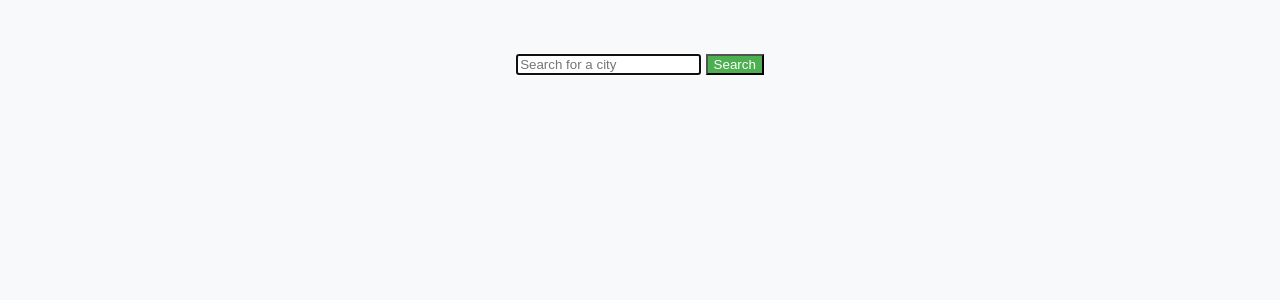
Repository: m0llyc00k/web-advanced
Page: NYC_weather_midterm/index_MC.html
The author's editor kept a record of every edit. The page is drawn from the files as they stood at one moment, then again after the next edit.
The browser window is 1280 px wide. The pictures show the whole page.
The pointer rests on the first visible `button`.
Some web fonts or font styles are not loaded; a fallback is used.

Above is the page before.

### NYC_weather_midterm/index_MC.html
<!DOCTYPE html>
<html lang="en">

<head>
    <link rel="stylesheet" href="./styles_MC.css" type="text/css">

    </link>

    <title>Weather: 30 Day Forecast</title>
</head>

<body>
    <div id="title"></div>
    <section class="top-banner">
        <div class="container">
            <form>
                <input type="text" placeholder="Search for a city" autofocus>
                <button class = "button" type="submit">Search</button>
                <span class="msg"></span>
            </form>
        </div>
    </section>

    <h4 id="subtitle"></h4>
    <br><br><br>

    <script src="https://d3js.org/d3.v7.min.js"></script>
    <script src="./script2.js"></script>

</body>

</html>

### NYC_weather_midterm/styles_MC.css
/* Import and use the Inter font https://rsms.me/inter/ */
@import url('https://rsms.me/inter/inter.css');

html {
    font-family: 'Inter', sans-serif;
}

body {
    display: flex;
    flex-direction: column;
    align-items: center;
    padding: 2em 2em;
    font-family: 'Inter var', sans-serif;
    font-size: 16px;
    color: #34495e;
    background: #f8f9fa;
}

#title {
    position: relative;
    width: 600px;
    margin-top: .3em;
    margin-bottom: .3em;
    line-height: 1.2em;
    display: flex;
    justify-content: center;
    text-align: center;
    align-items: center;
    font-family: 'Inter', sans-serif;
    font-feature-settings: 'tnum'1;
    font-weight: bold;
    font-size: 24px;
}

.grid-line {
    stroke: #dadadd;
    fill: none;
}

.tick-label {
    dominant-baseline: middle;
    fill: #8395a7;
    font-size: 0.7em;
    font-weight: 700;
    letter-spacing: 0.005em;
}

.tick-label-temperature {
    fill: #8395a7;
    opacity: 0.7;
    dominant-baseline: middle;
    font-size: 0.7em;
}

.freezingCircle {
    fill: skyblue;
    opacity: 0.5;
}

.day-line {
    stroke: #dadadd;
    stroke-width: 3;
}

.cloud-dot {
    fill: #c8d6e5;
    opacity: 1;
}

.humidity-dot {
    fill: #d8d2e7;
    /*opacity: 0.8;*/
}

.rain-dot {
    opacity: 0.7;
    fill: cornflowerblue;
    mix-blend-mode: multiply;
}

.snow-dot {
    opacity: 0.7;
    fill: #b2bec3;
    mix-blend-mode: multiply;
}

.annotation-line {
    stroke: gray;
    /*opacity: 0.4;*/
}

.annotation-text {
    fill: gray;
    font-size: 0.7em;
    dominant-baseline: middle;
}

svg {
    overflow: visible;
}

#wrapper {
    position: relative;
}

.dropbtn {
    background-color: #8395a7;
    font-family: 'Inter', sans-serif;
    color: #dfdfdf;
    padding: 14px;
    font-size: 13px;
    border: none;
}

.dropdown {
    position: relative;
    display: inline-block;
}

.dropdown-content {
    font-family: 'Inter', sans-serif;
    font-size: 12px;
    display: none;
    position: absolute;
    background-color: #dfdfdf;
    min-width: 120px;
    box-shadow: 0px 8px 16px 0px rgba(0, 0, 0, 0.2);
    z-index: 1;
    color: #34495e;
    justify-content: center;
    text-align: center;
    align-items: center;

}

.dropdown-content a {
    font-family: 'Inter', sans-serif;
    color: black;
    padding: 12px 16px;
    text-decoration: none;
    display: block;
}

.dropdown-content a:hover {
    background-color: cornflowerblue;
    opacity: .5;
}

.dropdown:hover .dropdown-content {
    display: block;
}

.dropdown:hover .dropbtn {
    opacity: .5;
}

.tooltip {
    opacity: 0;
    position: absolute;
    top: 0;
    left: 0;
    width: 15em;
    padding: 0.6em 1em;
    background: #fff;
    text-align: center;
    line-height: 1.4em;
    font-size: 0.9em;
    border: 1px solid #ddd;
    z-index: 10;
    pointer-events: none;

}

.tooltip-date {
    margin-bottom: 0.2em;
    font-weight: 600;
    font-size: 1.1em;
    line-height: 1.4em;
}

.tooltip-temperature {
    font-feature-settings: 'tnum'1;
}

.tooltip-metric {
    display: flex;
    justify-content: space-between;
    width: 100%;
    font-size: 0.8em;
    line-height: 1.3em;
    transition: all 0.1s ease-out;
}

.tooltip-metric div:first-child {
    font-weight: 800;
    padding-right: 1em;
}

.tooltip-metric div:nth-child(2) {
    font-feature-settings: 'tnum'1;
}

.tooltip-cloud {
    /*color: #8395a7;*/
    color: #c8d6e5;
}

.tooltip-humidity {
    color: #bbb1d5;
}

.listener-circle {
    fill: transparent;
}

.tooltip-line {
    pointer-events: none;
    fill: #8395a7;
    /*fill-opacity: 0.2;*/
    mix-blend-mode: multiply;
}

.tooltip-rain {
    color: cornflowerblue;
}

.tooltip-snow {
    /*color: #8791a3;*/
    color: #b2bec3;
}

.tooltip-precipitation-type {
    margin-bottom: 8px;
    margin-top: 8px;
}

button {
  transition-duration: 0.4s;
  background-color: darkgray;
  color: #f8f9fa;
}

button:hover {
  background-color: #4CAF50; /* Green */
  color: white;
}

### NYC_weather_midterm/script2.js
/*global d3*/

"use strict";

const form = document.querySelector(".top-banner form");
const input = document.querySelector(".top-banner input");
const msg = document.querySelector(".top-banner .msg");

//create API key
const apiKey = "0353e66df6f1bec42f85ab2aa62ad775";

form.addEventListener("submit", e => {
    e.preventDefault();
    let inputVal = input.value;

    //ajax here
    const url = `https://pro.openweathermap.org/data/2.5/forecast/climate?q=${inputVal}&appid=${apiKey}&units=imperial`;

    function fetchSearchData() {

        fetch(url)
            .then(res => res.json())
            // .then(data => {
            //     console.log(data)

            .then(function(data) {
                const dataset = data.list
                const allData = data


                drawChart(dataset)
                console.log(allData)
                getTitle(allData)

            })
            .catch(error => {
                console.log(error);
                msg.textContent = "Please search for a valid city";
            })

        msg.textContent = "";
        form.reset();
        input.focus();
    };



    function getTitle(allData) {
        const title = document.getElementById("title")
        const city = document.createElement("h2");
        const newTitle = city.innerText = allData.city.name + ", " + allData.city.country;
        title.innerHTML = newTitle + " : 30 Day Forecast";
    }

    const chartDiv = document.getElementById('wrapper')

    if (chartDiv == null) {
        fetchSearchData()
    }
    else {
        chartDiv.remove()
        fetchSearchData()
    }


    //////// draw chart in d3 ////////


    function drawChart(newData) {



        // 1. Access data



        //add the date format to the data
        const formatDate = d3.timeFormat("%Y-%m-%d")
        const parseDate = d3.timeParse("%Y-%m-%d")

        newData.forEach((element) => {
            element['date'] =
                (formatDate(element.dt * 1000))
        })

        const sunFormatter = d3.timeFormat("%I %p")
        const temperatureMinAccessor = d => d.temp.min
        const temperatureMaxAccessor = d => d.temp.max
        const dayAccessor = d => d.date
        const humidityAccessor = d => d.humidity
        const rainAccessor = d => d.rain
        const snowAccessor = d => d.snow
        const precipitationTypeAccessor = d => d.weather[0].main
        const weatherType = d => d.weather[0].description
        const cloudAccessor = d => d.clouds
        const dateParser = d3.timeParse("%Y-%m-%d")
        const sunriseAccessor = d => dateParser(d.sunrise)
        const sunsetAccessor = d => dateParser(d.sunset)
        const sunriseFormat = d => sunFormatter(sunriseAccessor(d.sunrise))
        const dateAccessor = d => dateParser(d.date)


        // 2. Create chart dimensions

        const width = 600
        let dimensions = {
            width: width,
            height: width,
            radius: width / 2,
            margin: {
                top: 120,
                right: 120,
                bottom: 120,
                left: 120,
            },
        }
        dimensions.boundedWidth = dimensions.width - dimensions.margin.left - dimensions.margin.right
        dimensions.boundedHeight = dimensions.height - dimensions.margin.top - dimensions.margin.bottom
        dimensions.boundedRadius = dimensions.radius - ((dimensions.margin.left + dimensions.margin.right) / 2)

        // 3. Draw canvas

        const div = document.createElement('div')
        div.setAttribute('class', 'wrapper');
        div.setAttribute('id', 'wrapper')
        document.body.appendChild(div);

        div.innerHTML = `
        <div id="tooltip" class="tooltip">
            <div id="tooltip-date" class="tooltip-date"></div>
            <div id="tooltip-temperature" class="tooltip-temperature">
                <span id="tooltip-temperature-min"></span>
                -
                <span id="tooltip-temperature-max"></span>
            </div>
            <div class="tooltip-metric tooltip-precipitation-type">
                <div>Weather</div>
                <div id="tooltip-precipitation-type"></div>
            </div>

            <div class="tooltip-metric tooltip-cloud">
                <div>Cloud Cover</div>
                <div id="tooltip-cloud"></div>
            </div>
            <div class="tooltip-metric tooltip-rain">
                <div>Rain</div>
                <div id="tooltip-rain"></div>
            </div>
            <div class="tooltip-metric tooltip-snow">
                <div>Snow</div>
                <div id="tooltip-snow"></div>
            </div>
            <div class="tooltip-metric tooltip-humidity">
                <div>Humidity</div>
                <div id="tooltip-humidity"></div>
            </div>
        </div>
        `

        const subtitle = document.getElementById('subtitle')
        subtitle.innerText = 'Today:'

        const wrapper = d3.select("#wrapper")
            .append("svg")
            .attr("width", dimensions.width)
            .attr("height", dimensions.height)

        const bounds = wrapper.append("g")
            .style("transform", `translate(${
            dimensions.margin.left + dimensions.boundedRadius}px, ${dimensions.margin.top + dimensions.boundedRadius}px)`)

        const defs = wrapper.append("defs")

        const gradientId = "temperature-gradient"
        const gradient = defs.append("radialGradient")
            .attr("id", gradientId)

        const radiusScale = d3.scaleLinear()
            .domain(d3.extent([
                ...newData.map(temperatureMinAccessor),
                ...newData.map(temperatureMaxAccessor),
            ]))
            .range([0, dimensions.boundedRadius])
            .nice()

        const numberOfStops = 10
        // const gradientColorScale = d3.interpolatePuBuGn
        // const gradientColorScale = d3.interpolateBuPu
        // const gradientColorScale = d3.interpolateCool
        const gradientColorScale = d3.interpolateRgb("cornflowerblue", "#047773")


        const temperatureColorScale = d3.scaleSequential()
            .domain(radiusScale.domain())
            .interpolator(gradientColorScale)

        d3.range(numberOfStops).forEach(i =>
            gradient.append("stop")
            .attr("offset", `${i *100 / (numberOfStops - 1)}%`)
            .attr("stop-color", gradientColorScale(
                i / (numberOfStops - 1)
            )))

        // 4. Create scales

        const angleScale = d3.scaleTime()
            .domain(d3.extent(newData, dateAccessor))
            .range([0, Math.PI * 2])


        const getCoordinatesForAngle = (angle, offset = 1) => [
            Math.cos(angle - Math.PI / 2) * dimensions.boundedRadius * offset,
            Math.sin(angle - Math.PI / 2) * dimensions.boundedRadius * offset,
        ]

        const getXFromDataPoint = (d, offset = 1.4) => (
            getCoordinatesForAngle(angleScale(dateAccessor(d)), offset)[0]
        )

        const getYFromDataPoint = (d, offset = 1.4) => (
            getCoordinatesForAngle(angleScale(dateAccessor(d)), offset)[1]
        )

        // 5. Draw data

        const freezingCircle = bounds.append("circle")
            .attr("r", radiusScale(32))
            .attr("class", "freezingCircle")


        const areaGenerator = d3.areaRadial()
            .angle(d => angleScale(dateAccessor(d)))
            .innerRadius(d => radiusScale(temperatureMinAccessor(d)))
            .outerRadius(d => radiusScale(temperatureMaxAccessor(d)))

        const area = bounds.append("path")
            .attr("d", areaGenerator(newData))
            .style("fill", `url(#${gradientId}`)

        const cloudRadiusScale = d3.scaleSqrt()
            .domain(d3.extent(newData, cloudAccessor))
            .range([1, 10])

        const humidityRadiusScale = d3.scaleSqrt()
            .domain(d3.extent(newData, humidityAccessor))
            .range([1, 10])

        const precipitationTypes = ["humidity", "rain", "snow", "clouds"]
        const precipitationTypeColorScale = d3.scaleOrdinal()
            .domain(precipitationTypes)
            .range(["#d8d2e7", "cornflowerblue", "#b2bec3", "#c8d6e5"])

        const rainRaduisScale = d3.scaleSqrt()
            .domain(d3.extent(newData, rainAccessor))
            .range([0, 10])

        const snowRaduisScale = d3.scaleSqrt()
            .domain(d3.extent(newData, snowAccessor))
            .range([0, 10])

        // 6. Draw peripherals

        const annotationGroup = bounds.append("g")
        const drawAnnotation = (angle, offset, text) => {
            const [x1, y1] = getCoordinatesForAngle(angle, offset)
            const [x2, y2] = getCoordinatesForAngle(angle, 2.6)

            annotationGroup.append("line")
                .attr("x1", x1)
                .attr("x2", x2)
                .attr("y1", y1)
                .attr("y2", y2)
                .attr("class", "annotation-line")

            annotationGroup.append("text")
                .attr("x", x2 + 6)
                .attr("y", y2)
                .attr("class", "annotation-text")
                .text(text)

        }




        const peripherals = bounds.append("g")
        const days = d3.timeDay.range(...angleScale.domain())

        days.forEach(day => {
            const angle = angleScale(day)
            const [x, y] = getCoordinatesForAngle(angle, 1)
            // console.log(getCoordinatesForAngle(angle, 1))

            peripherals.append("line")
                .attr("x2", x)
                .attr("y2", y)
                .attr("class", "grid-line")


            const [labelx, labely] = getCoordinatesForAngle(angle, 2)
            peripherals.append("text")
                .text(d3.timeFormat("%b %d")(day))
                .attr("x", labelx)
                .attr("y", labely)
                .attr("class", "tick-label")
                .style("text-anchor",
                    Math.abs(labelx) < 5 ? "middle" :
                    labelx > 0 ? "start" :
                    "end"
                )


            const temperatureTicks = radiusScale.ticks(4)
            // console.log(temperatureTicks)
            const gridCircles = temperatureTicks.map(d => {
                peripherals.append("circle")
                    .attr("r", radiusScale(d))
                    .attr("class", "grid-line")
            })

            const tickLabelBackgrounds = temperatureTicks.map(d => {
                if (d < 1) return
                return peripherals.append("rect")
                    // .attr("x", 4)
                    .attr("y", -radiusScale(d) - 10)
                    .attr("width", 40)
                    .attr("height", 20)
                    .attr("fill", "#f8f9fa")
            })

            const gridLabels = temperatureTicks.map(d => {
                if (d < 1) return
                return peripherals.append("text")
                    .attr("x", 4)
                    .attr("y", -radiusScale(d) + 2)
                    .html(`${d3.format(".0f")(d)} \xB0F`)
                    .attr("class", "tick-label-temperature")
            })

        })

        //ticks for days

        const dayGroup = bounds.append("g")
        const dayOffset = 1
        const dayTick = dayGroup.selectAll("line")
            .data(newData.filter(d => dayAccessor(d)))
            .join("line")
            .attr("x1", d => getXFromDataPoint(d, dayOffset))
            .attr("y1", d => getYFromDataPoint(d, dayOffset))
            .attr("x2", d => getXFromDataPoint(d, dayOffset + 0.1))
            .attr("y2", d => getYFromDataPoint(d, dayOffset + 0.1))
            .attr("class", "day-line")

        //outer circles

        const cloudGroup = bounds.append("g")
        const cloudOffset = 1.65
        const cloudDots = cloudGroup.selectAll("circle")
            .data(newData)
            .join("circle")
            .attr("r", d => cloudRadiusScale(cloudAccessor(d)))
            .attr("cx", d => getXFromDataPoint(d, cloudOffset))
            .attr("cy", d => getYFromDataPoint(d, cloudOffset))
            .attr("class", "cloud-dot")

        const humidityGroup = bounds.append("g")
        const humidityOffset = 1.20
        const humidityDots = humidityGroup.selectAll("circle")
            .data(newData)
            .join("circle")
            .attr("r", d => humidityRadiusScale(humidityAccessor(d)))
            .attr("cx", d => getXFromDataPoint(d, humidityOffset))
            .attr("cy", d => getYFromDataPoint(d, humidityOffset))
            .attr("class", "humidity-dot")

        const rainGroup = bounds.append("g")
        const rainOffset = 1.34
        const rainDots = rainGroup.selectAll("circle")
            .data(newData)
            .join("circle")
            .attr("r", d => rainRaduisScale(rainAccessor(d)))
            .attr("cx", d => getXFromDataPoint(d, rainOffset))
            .attr("cy", d => getYFromDataPoint(d, rainOffset))
            .attr("class", "rain-dot")

        const snowGroup = bounds.append("g")
        const snowOffset = 1.47
        const snowDots = snowGroup.selectAll("circle")
            .data(newData)
            .join("circle")
            .attr("r", d => snowRaduisScale(snowAccessor(d)))
            .attr("cx", d => getXFromDataPoint(d, snowOffset))
            .attr("cy", d => getYFromDataPoint(d, snowOffset))
            .attr("class", "snow-dot")



        // drawAnnotation(Math.PI * 0.3, humidityOffset , "Humidity")
        // drawAnnotation(Math.PI * 0.195, cloudOffset , "Cloudiness")
        // drawAnnotation(Math.PI * 0.24, rainOffset , "Rain")
        // drawAnnotation(Math.PI * 0.26, snowOffset , "Snow")
        drawAnnotation(Math.PI * 0.65, 0.5, "Temperature")


        drawAnnotation(Math.PI * 0.72, radiusScale(32) / dimensions.boundedRadius, "Freezing Temperature (32\xB0F)")


        precipitationTypes.forEach((precipitationType, index) => {
            const labelCoordinates = getCoordinatesForAngle(Math.PI * 0.28, 3.0)

            annotationGroup.append("circle")
                .attr("cx", labelCoordinates[0] + 15)
                .attr("cy", labelCoordinates[1] + (16 * (index + 1)))
                .attr("r", 4)
                .attr("fill", precipitationTypeColorScale(precipitationType))
                .style("opacity", 0.7)
            annotationGroup.append("text")
                .attr("x", labelCoordinates[0] + 25)
                .attr("y", labelCoordinates[1] + (16 * (index + 1)))
                .text(precipitationType)
                .attr("class", "annotation-text")

        })




        //   // 7. Set up interactions

        const listenerCircle = bounds.append("circle")
            .attr("r", dimensions.width / 2)
            .attr("class", "listener-circle")
            .on("mousemove", onMouseMove)
            .on("mouseleave", onMouseLeave)


        const tooltip = d3.select("#tooltip")
        const tooltipLine = bounds.append("path")
            .attr("class", "tooltip-line")

        function onMouseMove(e) {
            const [x, y] = d3.pointer(e)

            const getAngleFromCoordinates = (x, y) => (
                Math.atan2(y, x))
            let angle = getAngleFromCoordinates(x, y) + Math.PI / 2
            if (angle < 0) angle = (Math.PI * 2) + angle

            const tooltipArcGenerator = d3.arc()
                .innerRadius(0)
                .outerRadius(dimensions.boundedRadius * 1.6)
                .startAngle(angle - 0.15)
                .endAngle(angle + 0.015)

            tooltipLine.attr("d", tooltipArcGenerator())
                .style("opacity", 1)

            const outerCoordinates = getCoordinatesForAngle(angle, 1.6)

            tooltip.style("opacity", 1)
                .style("transform", `translate(calc(${
          outerCoordinates[0] < -50 ? "40px + -100" :
          outerCoordinates[0] > 50 ? "-40px + 0" :
          -50
        }% + ${
          outerCoordinates[0] + dimensions.margin.left + dimensions.boundedRadius
        }px), calc(${
          outerCoordinates[1] < -50 ? "40px + -100" :
          outerCoordinates[1] > 50 ? "-40px + 0" :
          -50
        }% + ${
          outerCoordinates[1] + dimensions.margin.top + dimensions.boundedRadius
        }px))`)

            const date = angleScale.invert(angle)
            const dateString = d3.timeFormat("%Y-%m-%d")(date)

            const dataPoint = newData.find(d => d.date == dateString)
            if (!dataPoint) return

            const noValue = NaN



            tooltip.select("#tooltip-date")
                .text(d3.timeFormat("%B %-d")(date))
            tooltip.select("#tooltip-temperature-min")
                .html(`${d3.format(".1f")(
          temperatureMinAccessor(dataPoint))
        }	\xB0F`)
            tooltip.select("#tooltip-temperature-max")
                .html(`${d3.format(".1f")(
          temperatureMaxAccessor(dataPoint))
        }	\xB0F`)
            tooltip.select("#tooltip-humidity")
                .html(`${d3.format(".1f")(
          humidityAccessor(dataPoint))
        }	%`)
            tooltip.select("#tooltip-cloud")
                .html(`${d3.format(".1f")(
          cloudAccessor(dataPoint))
        }	%`)


            if (snowAccessor(dataPoint) != undefined) {
                tooltip.select("#tooltip-snow")
                    .html(`${d3.format(".1f")(
                snowAccessor(dataPoint))
        }	mm`)
            }
            else {
                tooltip.select("#tooltip-snow")
                    .text('none')
            }


            if (rainAccessor(dataPoint) != undefined) {
                tooltip.select("#tooltip-rain")
                    .html(`${d3.format(".1f")(
            rainAccessor(dataPoint))
        }	mm`)

            }
            else {
                tooltip.select("#tooltip-rain")
                    .text('none')
            }


            tooltip.select("#tooltip-precipitation-type")
                .text(weatherType(dataPoint))
            tooltip.select(".tooltip-precipitation-type")
                .style("color", precipitationTypeAccessor(dataPoint) ?
                    precipitationTypeColorScale(
                        precipitationTypeAccessor(dataPoint)
                    ) :
                    "#dadadd")
            tooltip.select("#tooltip-temperature-min")
                .style("color", temperatureColorScale(
                    temperatureMinAccessor(dataPoint)
                ))
            tooltip.select("#tooltip-temperature-max")
                .style("color", temperatureColorScale(
                    temperatureMaxAccessor(dataPoint)
                ))
            tooltip.select("#tooltip-rain")
                .style("color", "cornflowerblue")
            tooltip.select("#tooltip-snow")
                .style("color", "#8791a3")

        }

        function onMouseLeave() {
            tooltip.style("opacity", 0)
            tooltipLine.style("opacity", 0)

        }



    }

});

After the next edit:
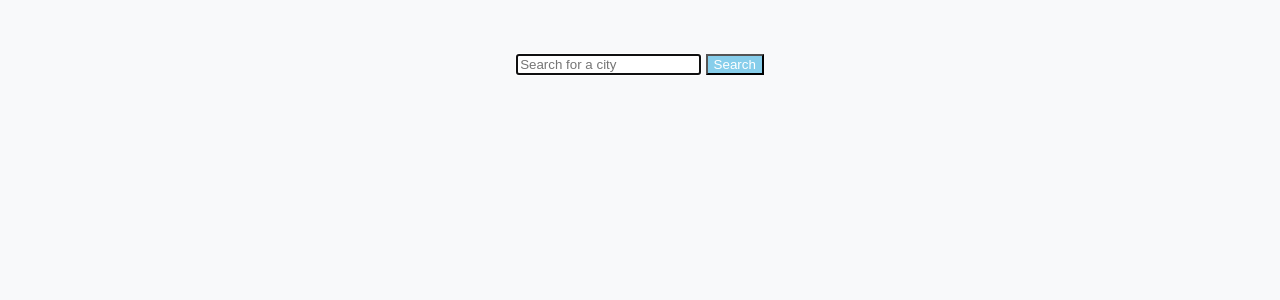
The edit:
--- a/NYC_weather_midterm/styles_MC.css
+++ b/NYC_weather_midterm/styles_MC.css
@@ -241,6 +241,6 @@
 }
 
 button:hover {
-  background-color: #4CAF50; /* Green */
+  background-color: skyblue; /* Green */
   color: white;
 }
